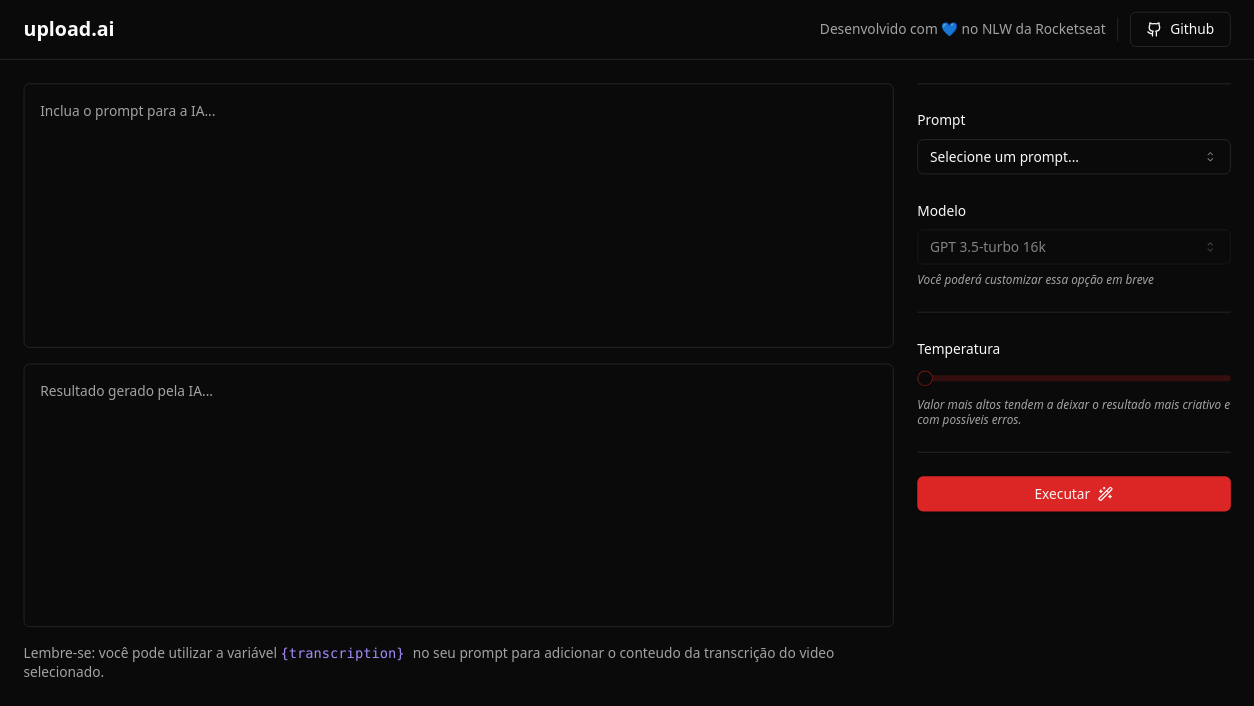
Repository: ricardolimati/upload-ai-web
Page: /
The author's editor kept a copy of each file at every save. The page is drawn from the files as they stood at one save, then again after a run of saves.
The browser window is 1280 px wide. The pictures show the whole page, at 98% of full size.
The project was rebuilt for these pictures with package versions that can differ from the ones it lists, and the page was loaded fresh each time. Also part of the build but not shown: vite.config.ts.

Above is the page before, as saved 2023-09-17 23:33:28.

After the next 7 saves:
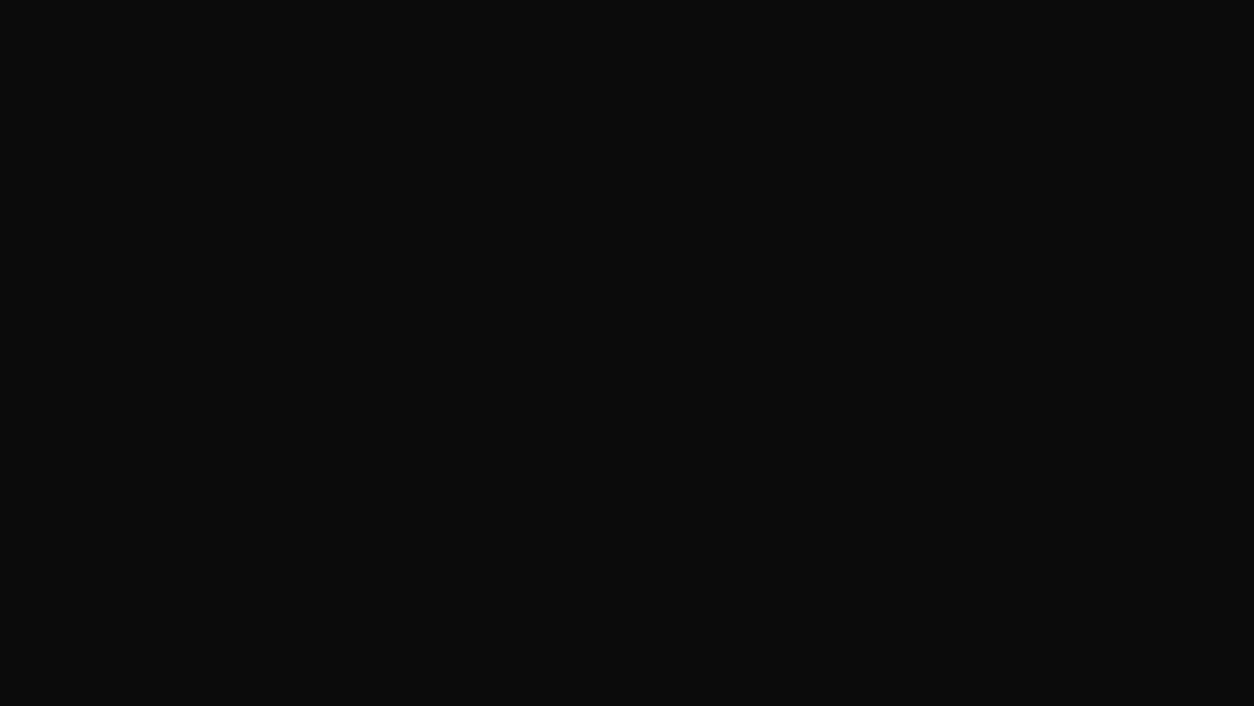
Console error: ReferenceError: VideoInputForm is not defined
The 7 saves are shown as one change because 1 did not build or start and some came seconds apart.
The last was saved 35 s later.
--- a/src/app.tsx
+++ b/src/app.tsx
@@ -40,7 +40,7 @@ export function App() {
           do video selecionado.</p>
       </div>
       <aside className="w-80 space-y-6">
-
+        <VideoInputForm />
 
         <Separator />
 

After the save that followed:
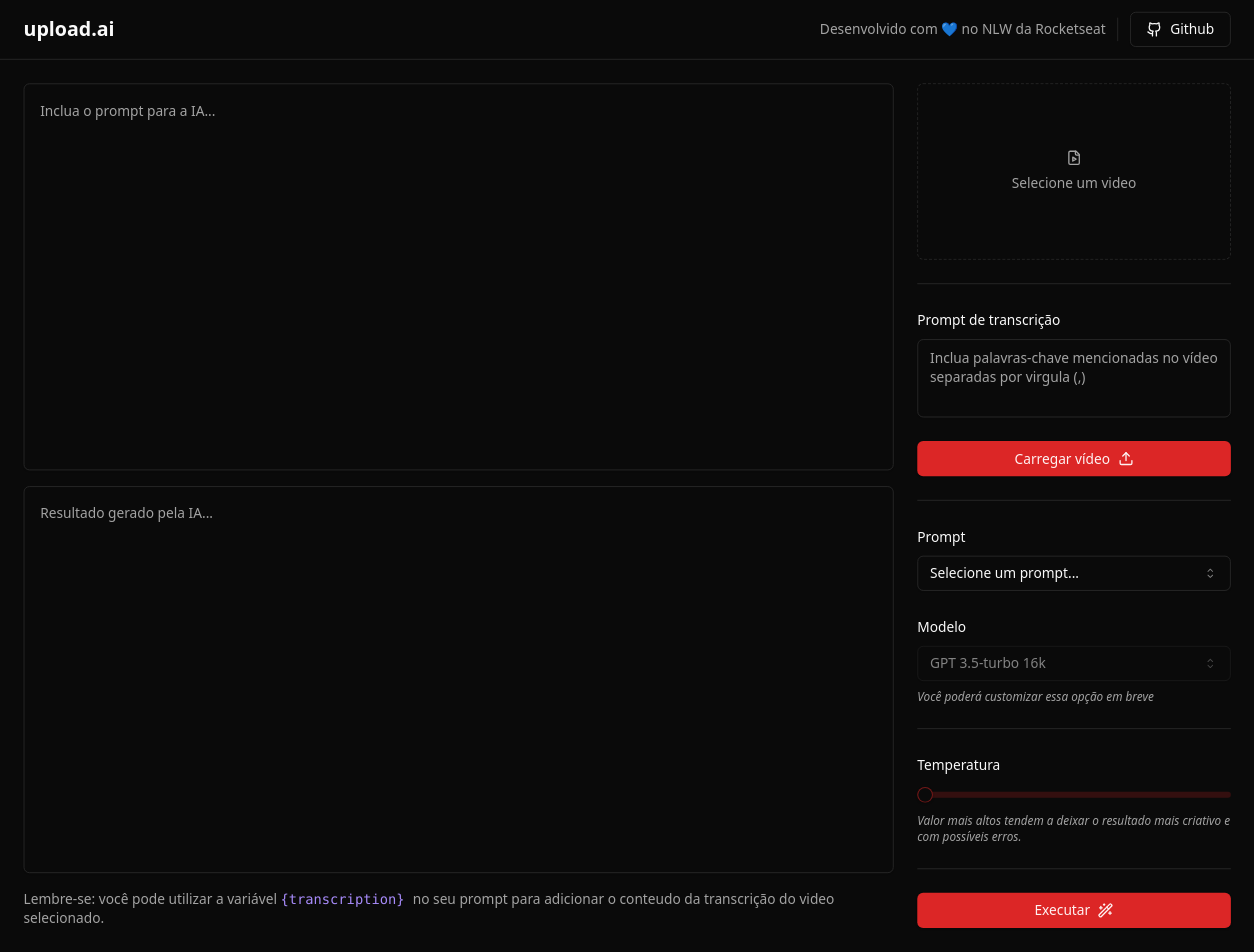
The error is gone.
Saved 10 s later.
--- a/src/app.tsx
+++ b/src/app.tsx
@@ -5,6 +5,7 @@ import { Textarea } from './components/ui/textarea';
 import { Label } from './components/ui/label';
 import { Select, SelectContent, SelectItem, SelectTrigger, SelectValue } from './components/ui/select';
 import { Slider } from './components/ui/slider';
+import { VideoInputForm } from './components/video-input-form';
 
 export function App() {
   return(
